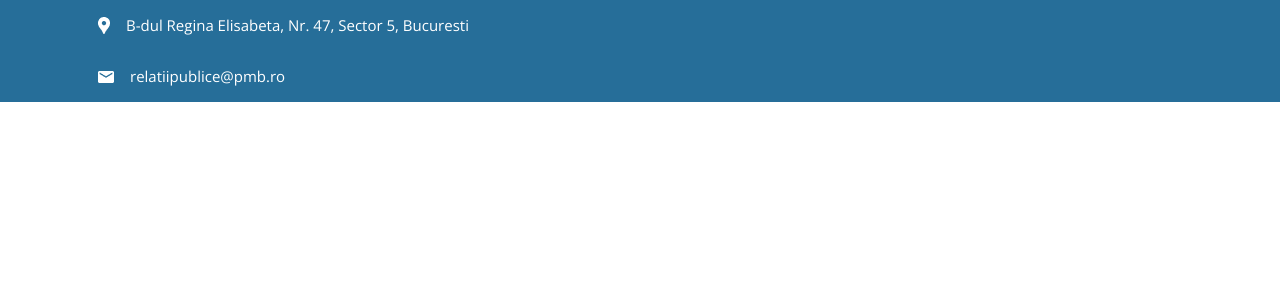
Repository: cosmin05072018/webis-task
Page: index.html
These files come from the project's save history. The page is drawn as it stood at one moment and after the next save; the edit follows.
The browser window is 1280 px wide. The pictures show the whole page.

Above is the page before, as saved 2024-09-26 21:36:48.

### index.html
<!DOCTYPE html>
<html lang="en">
<head>
    <meta charset="UTF-8">
    <meta name="viewport" content="width=device-width, initial-scale=1.0">
    <title>Platforma-Bugetare</title>
    <link href="https://cdn.jsdelivr.net/npm/bootstrap@5.3.3/dist/css/bootstrap.min.css" rel="stylesheet" integrity="sha384-QWTKZyjpPEjISv5WaRU9OFeRpok6YctnYmDr5pNlyT2bRjXh0JMhjY6hW+ALEwIH" crossorigin="anonymous">
    <link rel="stylesheet" href="./assets/css/style.css">
</head>
<body>
  <div class="container-fluid p-0">
    <div class="container header-top">
      <div class="row">
        <div class="col-12 col-md-6">
          <div class="row">
            <div class="col-12 col-sm-12">
              <div class="p-3 d-flex align-items-center gap-3">
                <img class="location" src="./assets/images/location.png" alt="location">
                <p class="text-white m-0">B-dul Regina Elisabeta, Nr. 47, Sector 5, Bucuresti</p>
              </div>
            </div>
            <div class="col-12 col-sm-12">
              <div class="p-3 d-flex align-items-center gap-3">
                <img class="mail" src="./assets/images/mail.png" alt="location">
                <p class="text-white m-0">relatiipublice@pmb.ro</p>
              </div>
            </div>
          </div>
        </div>
      </div>
    </div>
  </div>

  <script src="https://cdn.jsdelivr.net/npm/bootstrap@5.3.3/dist/js/bootstrap.bundle.min.js" integrity="sha384-YvpcrYf0tY3lHB60NNkmXc5s9fDVZLESaAA55NDzOxhy9GkcIdslK1eN7N6jIeHz" crossorigin="anonymous"></script>
</body>
</html>

### assets/css/style.css
@import url("https://fonts.googleapis.com/css2?family=Open+Sans:ital,wght@0,300..800;1,300..800&display=swap");

:root {
  --bg-color: #266e99;
  --white: #ffffff;
  --text-hover: #4f4f4f;
  --text-blue: #266e99;
}

* {
  font-family: Open Sans;
}

.container-fluid {
  background-color: var(--bg-color);
}

.location {
  width: 12px;
  height: 17px;
}

.header-top p {
  font-family: Open Sans;
  font-size: 15px;
  font-weight: 400;
  line-height: 19px;
  text-align: left;
}

.header-top .location {
  width: 12px;
  height: 17px;
}

.header-top .mail {
  width: 16px;
  height: 12px;
}

After the next save:
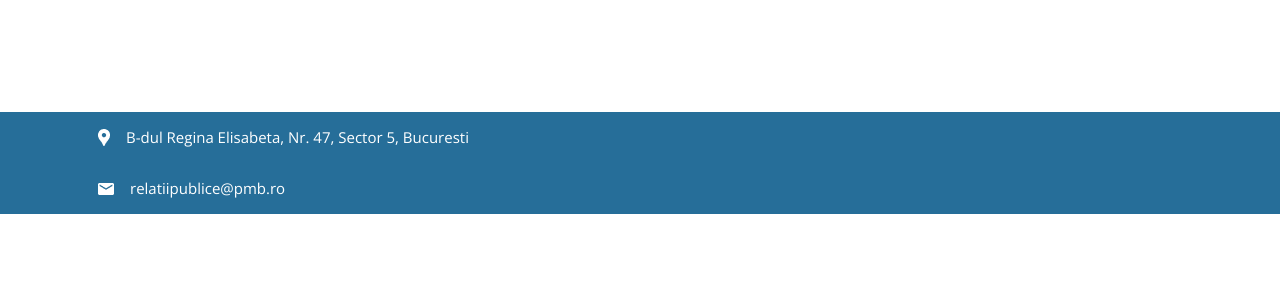
Saved 2 days later.
--- a/index.html
+++ b/index.html
@@ -7,7 +7,19 @@
     <link href="https://cdn.jsdelivr.net/npm/bootstrap@5.3.3/dist/css/bootstrap.min.css" rel="stylesheet" integrity="sha384-QWTKZyjpPEjISv5WaRU9OFeRpok6YctnYmDr5pNlyT2bRjXh0JMhjY6hW+ALEwIH" crossorigin="anonymous">
     <link rel="stylesheet" href="./assets/css/style.css">
 </head>
-<body>
+<body> <div class="col-12 col-sm-12">
+  <div class="p-3 d-flex align-items-center gap-3">
+    <img class="location" src="./assets/images/location.png" alt="location">
+    <p class="text-white m-0">B-dul Regina Elisabeta, Nr. 47, Sector 5, Bucuresti</p>
+  </div>
+</div>
+<div class="col-12 col-sm-12">
+  <div class="p-3 d-flex align-items-center gap-3">
+    <img class="mail" src="./assets/images/mail.png" alt="location">
+    <p class="text-white m-0">relatiipublice@pmb.ro</p>
+  </div>
+</div>
+</div>
   <div class="container-fluid p-0">
     <div class="container header-top">
       <div class="row">
